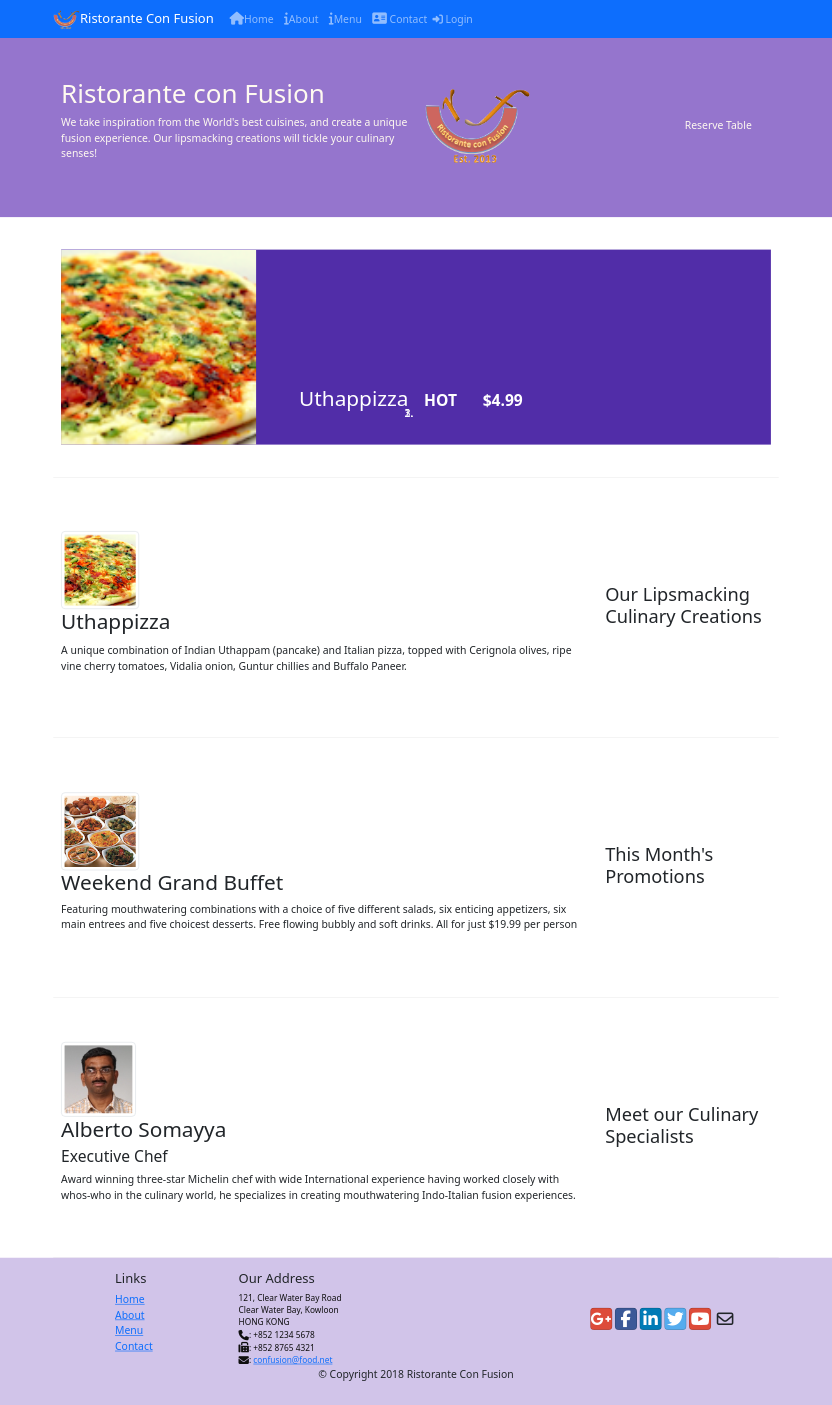
Repository: DungBuiTuan/FER201m
Page: index.html
These files come from the project's save history. The page is drawn as it stood at one moment and after the next save; the edit follows.
The browser window is 1280 px wide. The pictures show the whole page, at 65% of full size.
Some web libraries are served in a nearby version.

Above is the page before, as saved 2023-05-22 23:34:37.

### index.html
<!DOCTYPE html>
<html lang="en">

<head>
  <meta charset="utf-8" />
  <meta name="viewport" content="width=device-width, initial-scale=1, shrink-to-fit=no" />
  <meta http-equiv="x-ua-compatible" content="ie=edge" />
  <!-- Bootstrap CSS -->
  <link rel="stylesheet" href="node_modules/bootstrap/dist/css/bootstrap.min.css" />
  <link rel="stylesheet" href="node_modules/font-awesome/css/font-awesome.min.css">
  <link rel="stylesheet" href="node_modules/bootstrap-social/bootstrap-social.css">
  <link href="css/styles.css" rel="stylesheet" />

  <title>Ristorante Con Fusion</title>
</head>

<body>
  <nav class="navbar navbar-dark navbar-expand-sm bg-primary fixed-top">
    <div class="container">
      <button class="navbar-toggler" type="button" data-toggle="collapse" data-target="#Navbar">
        <span class="navbar-toggler-icon"></span>
      </button>

      <a class="navbar-brand mr-auto" href="#"><img src="img/img/logo.png" height="30" width="41">Ristorante Con
        Fusion</a>
      <div class="collapse navbar-collapse" id="Navbar">
        <ul class="navbar-nav mr-auto">
          <li class="nav-item active"><a class="nav-link" href="./index.html"><span
                class="fa fa-home fa-lg"></span>Home</a></li>
          <li class="nav-item">
            <a class="nav-link" href="./aboutus.html"><span class="fa fa-info fa-lg"></span>About</a>
          </li>
          <li class="nav-item"><a class="nav-link" href="#"><span class="fa fa-info fa-lg"></span>Menu</a></li>
          <li class="nav-item"><a class="nav-link" href="contactus.html"><span class="fa fa-address-card fa-lg"></span>
              Contact</a></li>
        </ul>
        <span class="navbar-text">
          <a data-toggle="modal" data-target="#loginModal">
            <span class="fa fa-sign-in"></span> Login</a>
        </span>

      </div>
    </div>
    <div id="loginModal" class="modal fade" role="dialog">
      <div class="modal-dialog modal-lg" role="content">
        <!-- Modal content-->
        <div class="modal-content">
          <div class="modal-header">
            <h4 class="modal-title">Login </h4>
            <button type="button" class="close" data-dismiss="modal">&times;</button>
          </div>
          <div class="modal-body">
            <form>
              <div class="form-row">
                <div class="form-group col-sm-4">
                  <label class="sr-only" for="exampleInputEmail3">Email address</label>
                  <input type="email" class="form-control form-control-sm mr-1" id="exampleInputEmail3"
                    placeholder="Enter email">
                </div>
                <div class="form-group col-sm-4">
                  <label class="sr-only" for="exampleInputPassword3">Password</label>
                  <input type="password" class="form-control form-control-sm mr-1" id="exampleInputPassword3"
                    placeholder="Password">
                </div>
                <div class="col-sm-auto">
                  <div class="form-check">
                    <input class="form-check-input" type="checkbox">
                    <label class="form-check-label"> Remember me
                    </label>
                  </div>
                </div>
              </div>
              <div class="form-row">
                <button type="button" class="btn btn-secondary btn-sm ml-auto" data-dismiss="modal">Cancel</button>
                <button type="submit" class="btn btn-primary btn-sm ml-1">Sign in</button>
              </div>
            </form>
          </div>
        </div>
      </div>
    </div>

  </nav>

  <header class="jumbotron">
    <div class="container">
      <div class="row row-header">
        <div class="col-12 col-sm-6">
          <h1>Ristorante con Fusion</h1>
          <p>
            We take inspiration from the World's best cuisines, and create a
            unique fusion experience. Our lipsmacking creations will tickle
            your culinary senses!
          </p>
        </div>
        <div class="col-12 col-sm-4 align-self-center">
          <img src="img/img/logo.png" class="img-fluid">
        </div>
        <div class="col-12 col-sm-2 align-self-center">
          <a role="button" class="btn btn-block nav-link btn-warning" data-toggle="tooltip" data-html="true"
            title="Or Call us at  <br><strong>+852 12345678</strong>" data-placement="bottom"
            href="#reserveform">Reserve Table</a>
        </div>

      </div>
    </div>
  </header>

  <div class="container">
    <div class="row row-content">
      <div class="col">
        <div id="mycarousel" class="carousel slide" data-ride="carousel">
          <div class="carousel-inner" role="listbox">
            <div class="carousel-item active">
              <img class="d-block img-fluid" src="img/uthappizza.png" alt="Uthappizza">
              <div class="carousel-caption d-none d-md-block">
                <h2>Uthappizza
                  <span class="badge badge-danger">HOT</span>
                  <span class="badge badge-pill badge-default">$4.99</span>
                </h2>
                <ol class="carousel-indicators">
                  <li data-target="#mycarousel" data-slide-to="0" class="active"></li>
                  <li data-target="#mycarousel" data-slide-to="1"></li>
                  <li data-target="#mycarousel" data-slide-to="2"></li>
                </ol>

              </div>
            </div>
            <div class="carousel-item">
              <a class="carousel-control-prev" href="#mycarousel" role="button" data-slide="prev">
                <span class="carousel-control-prev-icon"></span>
              </a>
              <a class="carousel-control-next" href="#mycarousel" role="button" data-slide="next">
                <span class="carousel-control-next-icon"></span>
              </a>

            </div>
            <div class="carousel-item">
              . . .
            </div>
          </div>

        </div>

      </div>
    </div>

    <div class="row row-content align-items-center">
      <div class="col col-sm col-md">
        <div class="media">
          <img class="d-flex mr-3 img-thumbnail align-self-center" src="img/img/uthappizza.png" alt="Uthappizza">
          <div class="media-body">
            <h2 class="mt-0"></span>Uthappizza<span class="badge badge-danger">HOT</span><span
                class="badge badge-pill badge-secondary">$4.99</span></h2>
            <p class="d-none d-sm-block">A unique combination of Indian Uthappam (pancake) and
              Italian pizza, topped with Cerignola olives, ripe vine
              cherry tomatoes, Vidalia onion, Guntur chillies and
              Buffalo Paneer.</p>
          </div>
        </div>

      </div>
      <div class="col-12 col-sm-4 col-md-3">
        <h3>Our Lipsmacking Culinary Creations</h3>
      </div>
    </div>

    <div class="row row-content align-items-center">
      <div class="col col-sm col-md">
        <div class="media">
          <img class="d-flex mr-3 img-thumbnail align-self-center" src="img/img/buffet.png" alt="Alberto Somayya">
          <div class="media-body">
            <h2 class="mt-0">Weekend Grand Buffet</h2>
            <p class="d-none d-sm-block">Featuring mouthwatering combinations with a choice of five different
              salads, six enticing appetizers, six main entrees and five choicest
              desserts. Free flowing bubbly and soft drinks. All for just $19.99
              per person
            </p>
          </div>
        </div>
      </div>
      <div class="col-12 col-sm-4 col-md-3">
        <h3>This Month's Promotions</h3>
      </div>
    </div>

    <div class="row row-content align-items-center">
      <div class="col col-sm col-md">
        <div class="media">
          <img class="d-flex mr-3 img-thumbnail align-self-center" src="img/img/alberto.png" alt="Alberto Somayya">
          <div class="media-body">
            <h2 class="mt-0">Alberto Somayya</h2>
            <h4>Executive Chef</h4>
            <p class="d-none d-sm-block">Award winning three-star Michelin chef with wide
              International experience having worked closely with
              whos-who in the culinary world, he specializes in
              creating mouthwatering Indo-Italian fusion experiences.
            </p>
          </div>
        </div>

      </div>
      <div class="col-12 col-sm-4 col-md-3">
        <h3>Meet our Culinary Specialists</h3>
      </div>
    </div>
  </div>

  <footer class="footer">
    <div class="container">
      <div class="row">
        <div class="col-4 offset-1 col-sm-2">
          <h5>Links</h5>
          <ul class="list-unstyled">
            <li><a href="#">Home</a></li>
            <li><a href="#">About</a></li>
            <li><a href="#">Menu</a></li>
            <li><a href="#">Contact</a></li>
          </ul>
        </div>
        <div class="col-7 col-sm-5">
          <h5>Our Address</h5>
          <address>
            121, Clear Water Bay Road<br />
            Clear Water Bay, Kowloon<br />
            HONG KONG<br />
            <i class="fa fa-phone fa-lg"></i>: +852 1234 5678<br />
            <i class="fa fa-fax fa-lg"></i>: +852 8765 4321<br />
            <i class="fa fa-envelope fa-lg"></i>:
            <a href="mailto:confusion@food.net">confusion@food.net</a>
          </address>
        </div>
        <div class="col-12 col-sm-4 align-self-center">
          <div class="text-center">
            <a class="btn btn-social-icon btn-google" href="http://google.com/+"><i class="fa fa-google-plus"></i></a>
            <a class="btn btn-social-icon btn-facebook" href="http://www.facebook.com/profile.php?id="><i
                class="fa fa-facebook"></i></a>
            <a class="btn btn-social-icon btn-linkedin" href="http://www.linkedin.com/in/"><i
                class="fa fa-linkedin"></i></a>
            <a class="btn btn-social-icon btn-twitter" href="http://twitter.com/"><i class="fa fa-twitter"></i></a>
            <a class="btn btn-social-icon btn-google" href="http://youtube.com/"><i class="fa fa-youtube"></i></a>
            <a class="btn btn-social-icon" href="mailto:"><i class="fa fa-envelope-o"></i></a>
          </div>
        </div>
      </div>
      <div class="row justify-content-center">
        <div class="col-auto">
          <p>© Copyright 2018 Ristorante Con Fusion</p>
        </div>
      </div>
    </div>
  </footer>
  <!-- jQuery first, then Popper.js, then Bootstrap JS. -->
  <script src="node_modules/jquery/dist/jquery.slim.min.js"></script>
  <script src="node_modules/popper.js/dist/umd/popper.min.js"></script>
  <script src="node_modules/bootstrap/dist/js/bootstrap.min.js"></script>
  <script>
    $(document).ready(function () {
      $('[data-toggle="tooltip"]').tooltip();
    });
  </script>

</body>

</html>

### css/styles.css
body{
    padding:50px 0px 0px 0px;
    z-index:0;
}

.navbar-dark {
     background-color: #512DA8;
}

.row-header{
    margin:0px auto;
    padding:0px;
}

.row-content {
    margin:0px auto;
    padding: 50px 0px 50px 0px;
    border-bottom: 1px ridge;
    min-height:400px;
}

.footer{
    background-color: #D1C4E9;
    margin:0px auto;
    padding: 20px 0px 20px 0px;
}

.jumbotron {
    padding:70px 30px 70px 30px;
    margin:0px auto;
    background: #9575CD ;
    color:floralwhite;
}

address{
    font-size:80%;
    margin:0px;
    color:#0f0f0f;
}

.tab-content {
    border-left: 1px solid #ddd;
    border-right: 1px solid #ddd;
    border-bottom: 1px solid #ddd;
    padding: 10px;
}

/* carousel */
.carousel {
    background:#512DA8;
}
.carousel-item {
  height: 300px;
}
.carousel-item img {
    position: absolute;
    top: 0;
    left: 0;
    min-height: 300px;
}

Loaded but not shown: LAB1/bootstrap-social.css (library)

After the next save:
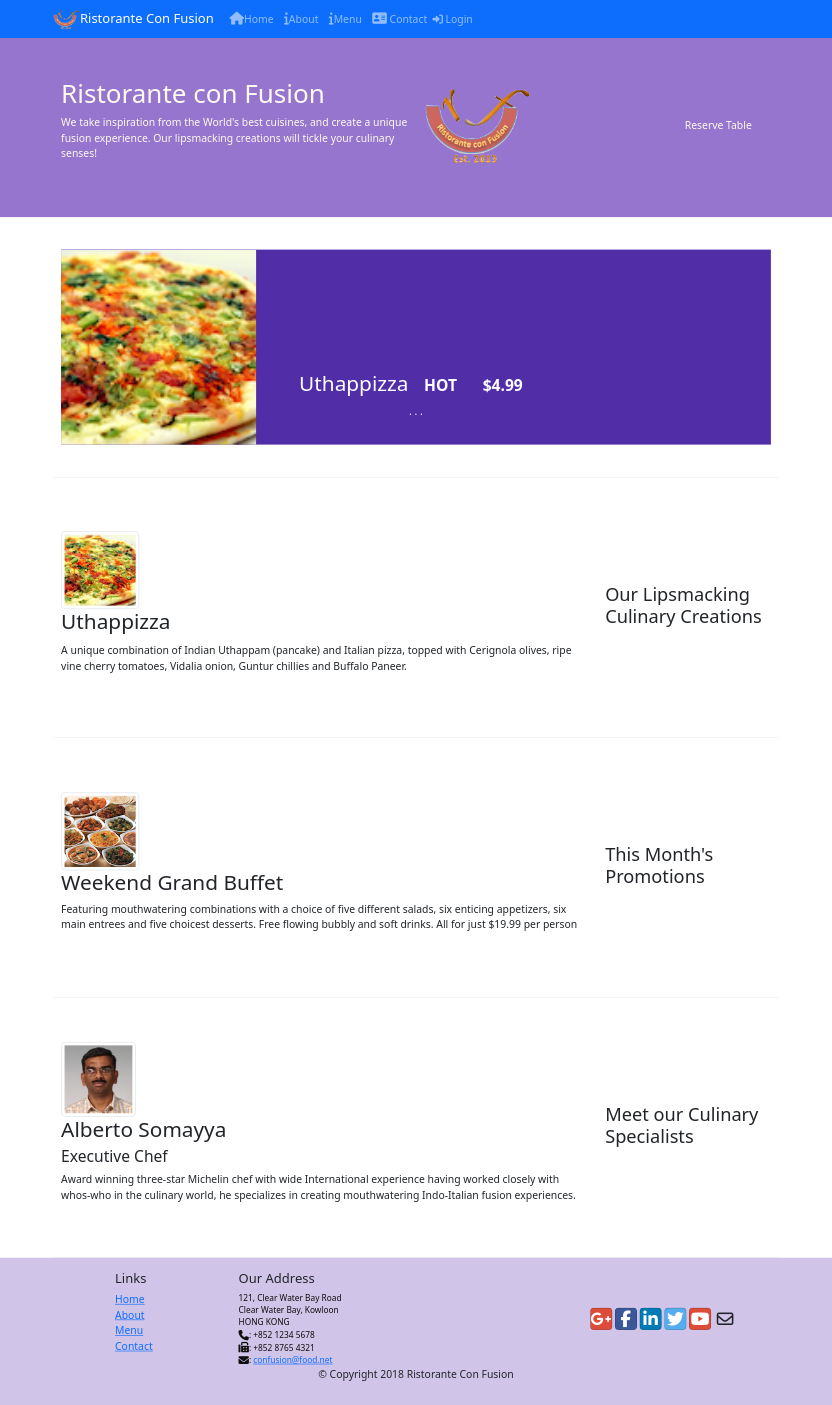
Saved 32 s later.
--- a/index.html
+++ b/index.html
@@ -118,22 +118,11 @@
                   <span class="badge badge-danger">HOT</span>
                   <span class="badge badge-pill badge-default">$4.99</span>
                 </h2>
-                <ol class="carousel-indicators">
-                  <li data-target="#mycarousel" data-slide-to="0" class="active"></li>
-                  <li data-target="#mycarousel" data-slide-to="1"></li>
-                  <li data-target="#mycarousel" data-slide-to="2"></li>
-                </ol>
-
+                . . .
               </div>
             </div>
             <div class="carousel-item">
-              <a class="carousel-control-prev" href="#mycarousel" role="button" data-slide="prev">
-                <span class="carousel-control-prev-icon"></span>
-              </a>
-              <a class="carousel-control-next" href="#mycarousel" role="button" data-slide="next">
-                <span class="carousel-control-next-icon"></span>
-              </a>
-
+              . . .
             </div>
             <div class="carousel-item">
               . . .
